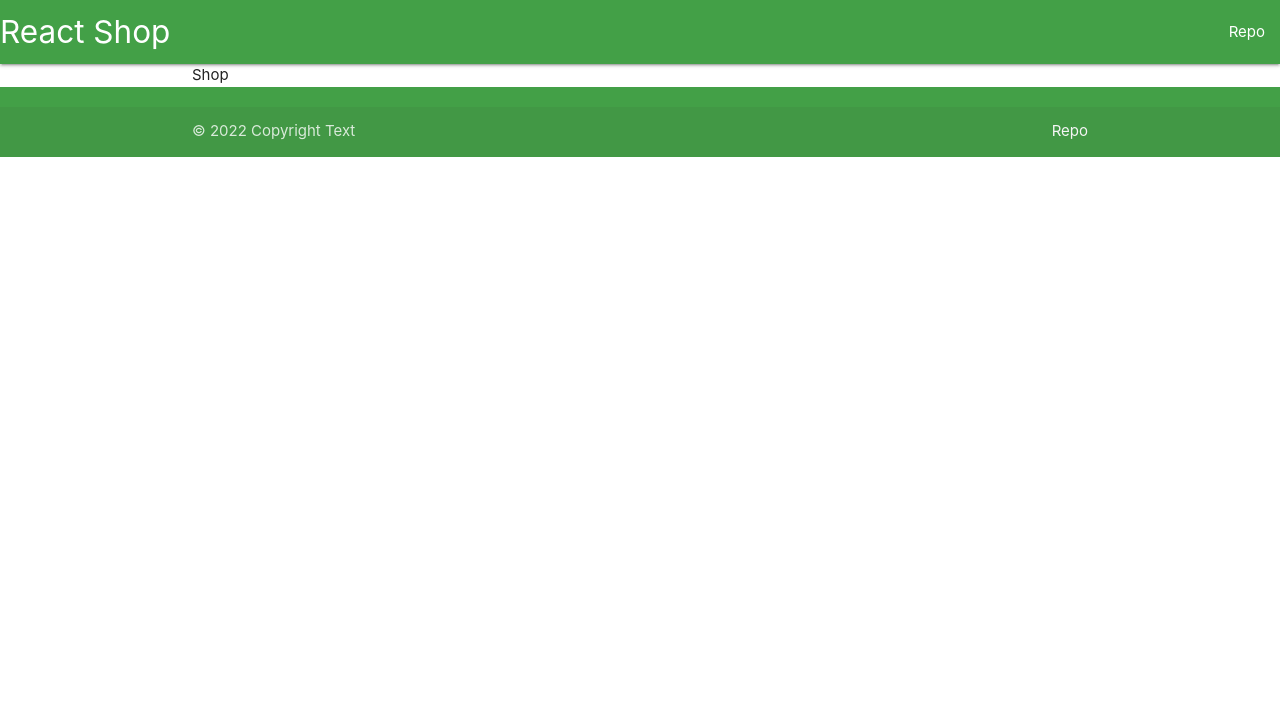
Repository: max535/react-shop-project
Page: /
An editor plug-in stored every save of this project. The page is shown before and after a run of saves, followed by the edit.
The browser window is 1280 px wide. The pictures show the whole page.
The project was rebuilt for these pictures with package versions that can differ from the ones it lists, and the page was loaded fresh each time.

Above is the page before, as saved 2022-07-01 23:47:44.

### public/index.html
<!DOCTYPE html>
<html lang="ru">

<head>
    <meta charset="utf-8" />
    <meta
        name="viewport"
        content="width=device-width, initial-scale=1"
    />
    <link
        rel="stylesheet"
        href="https://cdnjs.cloudflare.com/ajax/libs/materialize/1.0.0/css/materialize.min.css"
    >
    <link
        href="https://fonts.googleapis.com/icon?family=Material+Icons"
        rel="stylesheet"
    >
    <title>React Shop</title>
</head>

<body>
    <noscript>You need to enable JavaScript to run this app.</noscript>
    <div id="root"></div>
</body>

</html>

### src/index.js
import React from 'react';
import ReactDOM from 'react-dom/client';
import { App } from './App';

const root = ReactDOM.createRoot(document.getElementById('root'));
root.render(<App />);

### src/App.jsx
import { Footer } from "./components/Footer";
import { Header } from "./components/Header";
import { Shop } from "./components/Shop";

export function App() {
    return (
        <>
            <Header />
            <Shop />
            <Footer />
        </>
    );
}

### src/components/Footer.jsx
export function Footer() {
    return (
        <footer className="page-footer green darken-1">
            <div className="footer-copyright">
                <div className="container">
                    &copy; {new Date().getFullYear()} Copyright Text
                    <a
                        className="grey-text text-lighten-4 right"
                        href="https://github.com/max535/react-movies"
                        target="_blank"
                        rel="noopener noreferrer"
                    >
                        Repo
                    </a>
                </div>
            </div>
        </footer>
    );
}

### src/components/Header.jsx
export function Header() {
    return (
        <nav className="green darken-1">
            <div className="nav-wrapper">
                <a href="#" className="brand-logo">React Shop</a>
                <ul id="nav-mobile" className="right hide-on-med-and-down">
                    <li>
                        <a
                            href="https://github.com/max535/react-movies"
                            target="_blank"
                            rel="noopener noreferrer"
                        >
                            Repo
                        </a>
                    </li>
                </ul>
            </div>
        </nav>
    );
}

### src/components/Shop.jsx
export function Shop() {
    return (
        <main className="container content">
            Shop
        </main>
    );
}

### src/index.css
body {
    margin: 0;
}

nav {
    padding: 0 1rem;
}

.content {
    min-height: calc(100vh - 64px - 70px);
    padding: 1.5rem 0;
}

.goods {
    display: grid;
    grid-template-columns: repeat(auto-fill, minmax(250px, 1fr));
    gap: 1rem;
}

After the next 2 saves:
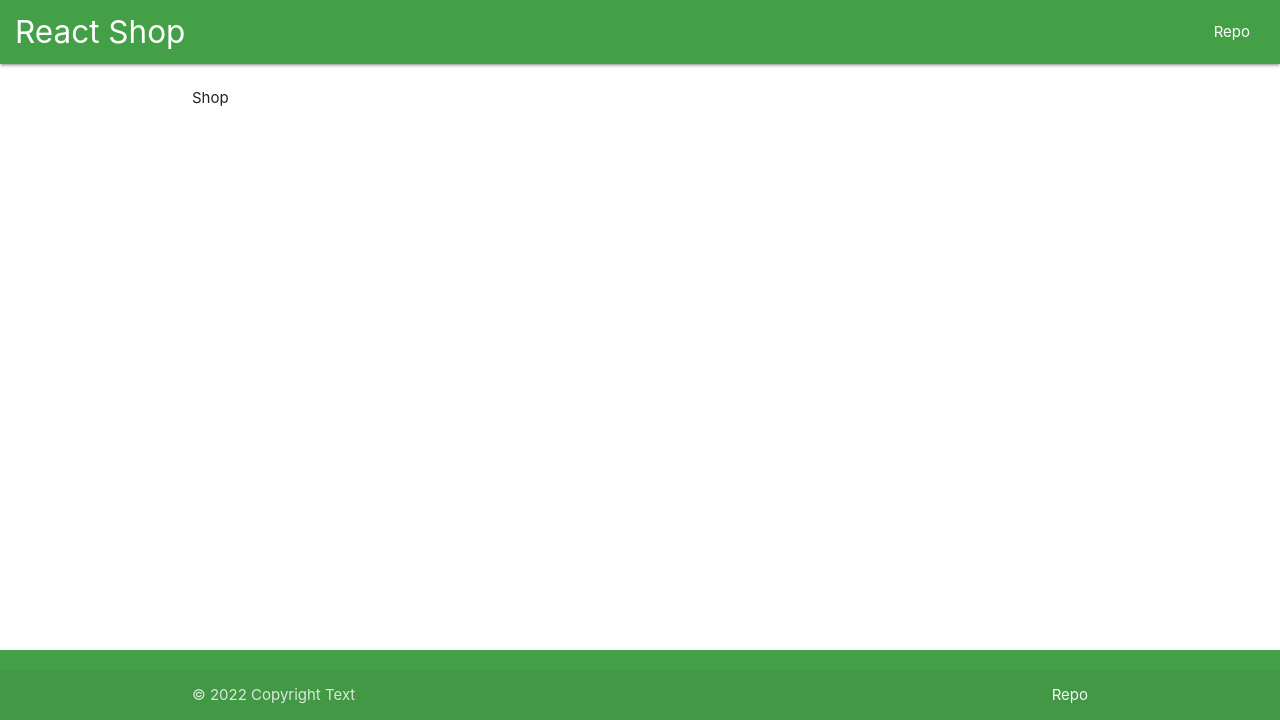
The 2 saves are shown as one change because they came seconds apart.
The last was saved 51 s later.
--- a/src/index.js
+++ b/src/index.js
@@ -1,6 +1,9 @@
 import React from 'react';
 import ReactDOM from 'react-dom/client';
+
 import { App } from './App';
+
+import './index.css';
 
 const root = ReactDOM.createRoot(document.getElementById('root'));
 root.render(<App />);
